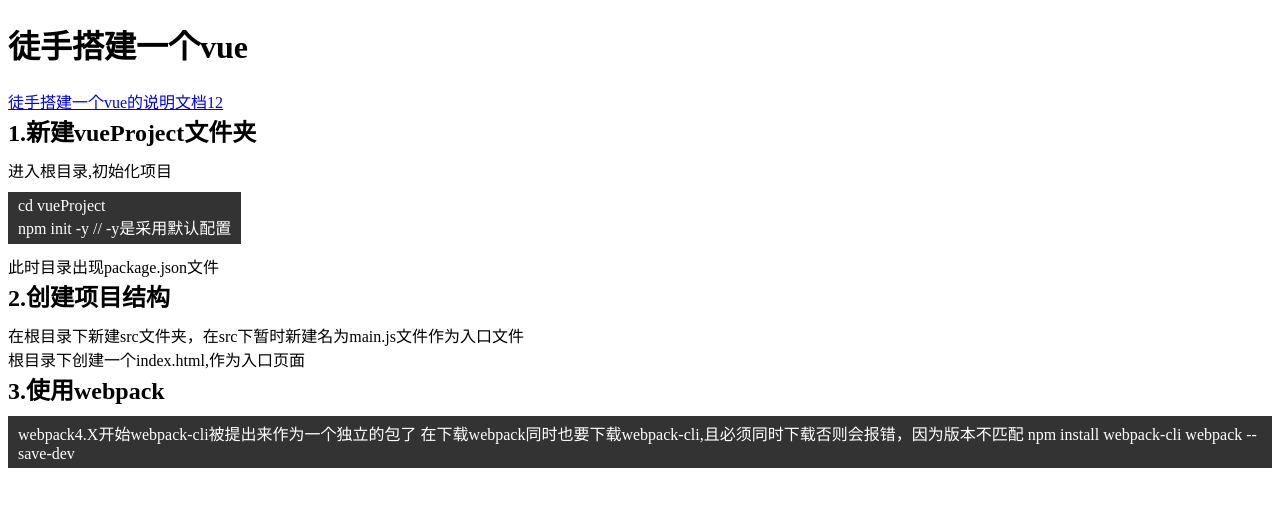
Repository: yuWhy/vue-build-cli
Page: /#/vueBuild
An editor plug-in stored every save of this project. The page is shown before and after the next save, followed by the edit.
The browser window is 1280 px wide. The pictures show the whole page.
The project was rebuilt for these pictures with package versions that can differ from the ones it lists, and the page was loaded fresh each time. Also part of the build but not shown: webpack.config.js, src/router/index.js.

Above is the page before, as saved 2021-02-19 16:09:43.

### index.html
<!DOCTYPE html>
<html lang="en">

<head>
  <meta charset="utf-8">
  <meta http-equiv="X-UA-Compatible" content="IE=edge">
  <meta name="viewport" content="width=device-width,initial-scale=1.0">
</head>

<body>
  <div id="app"></div>
</body>

</html>

### src/main.js
import Vue from 'vue'
import App from "./App.vue"
import router from './router/index.js'

new Vue({
  el: '#app',
  router,
  render: h => h(App)
})

### src/App.vue
<template>
  <div id="app">
    <h1>{{msg}}</h1>
    <router-link to="vueBuild">徒手搭建一个vue的说明文档</router-link>
    <router-link to="hello">1</router-link>
    <router-link to="login">2</router-link>
    <router-view></router-view>
  </div>
</template>

<script>
export default {
  name: 'App',
  data() {
    return {
      msg: '徒手搭建一个vue'
    }
  }
}
</script>

### src/components/vue-build.vue
<template>
  <div>
    <h2>1.新建vueProject文件夹</h2>
    <p>进入根目录,初始化项目</p>
    <div class="dimk">
      cd vueProject <br>
      npm init -y // -y是采用默认配置
    </div>
    <br>
    此时目录出现package.json文件
    <h2>2.创建项目结构</h2>
    在根目录下新建src文件夹，在src下暂时新建名为main.js文件作为入口文件<br>
    根目录下创建一个index.html,作为入口页面
    <h2>3.使用webpack</h2>
    <div class="dimk">
      webpack4.X开始webpack-cli被提出来作为一个独立的包了
      在下载webpack同时也要下载webpack-cli,且必须同时下载否则会报错，因为版本不匹配
      npm install webpack-cli webpack --save-dev
    </div>
  </div>
</template>
<script>
export default {
  name: 'vueBuild'
}
</script>
<style scoped>
* {
  padding: 0;
  margin: 0;
  margin-bottom: 10px;
}
  .dimk {
    background: #333;
    color: #fff;
    padding: 5px 10px;
    display: inline-block;
  }
</style>

After the next save:
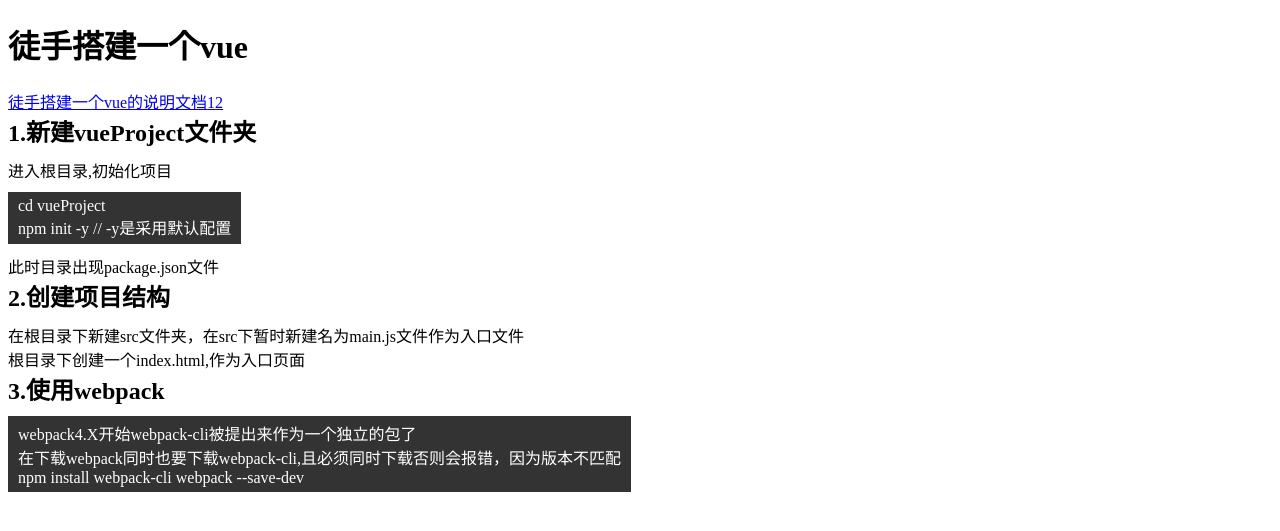
Saved 12 s later.
--- a/src/components/vue-build.vue
+++ b/src/components/vue-build.vue
@@ -13,9 +13,9 @@
     根目录下创建一个index.html,作为入口页面
     <h2>3.使用webpack</h2>
     <div class="dimk">
-      webpack4.X开始webpack-cli被提出来作为一个独立的包了
-      在下载webpack同时也要下载webpack-cli,且必须同时下载否则会报错，因为版本不匹配
-      npm install webpack-cli webpack --save-dev
+      webpack4.X开始webpack-cli被提出来作为一个独立的包了<br>
+      在下载webpack同时也要下载webpack-cli,且必须同时下载否则会报错，因为版本不匹配<br>
+      npm install webpack-cli webpack --save-dev<br>
     </div>
   </div>
 </template>
